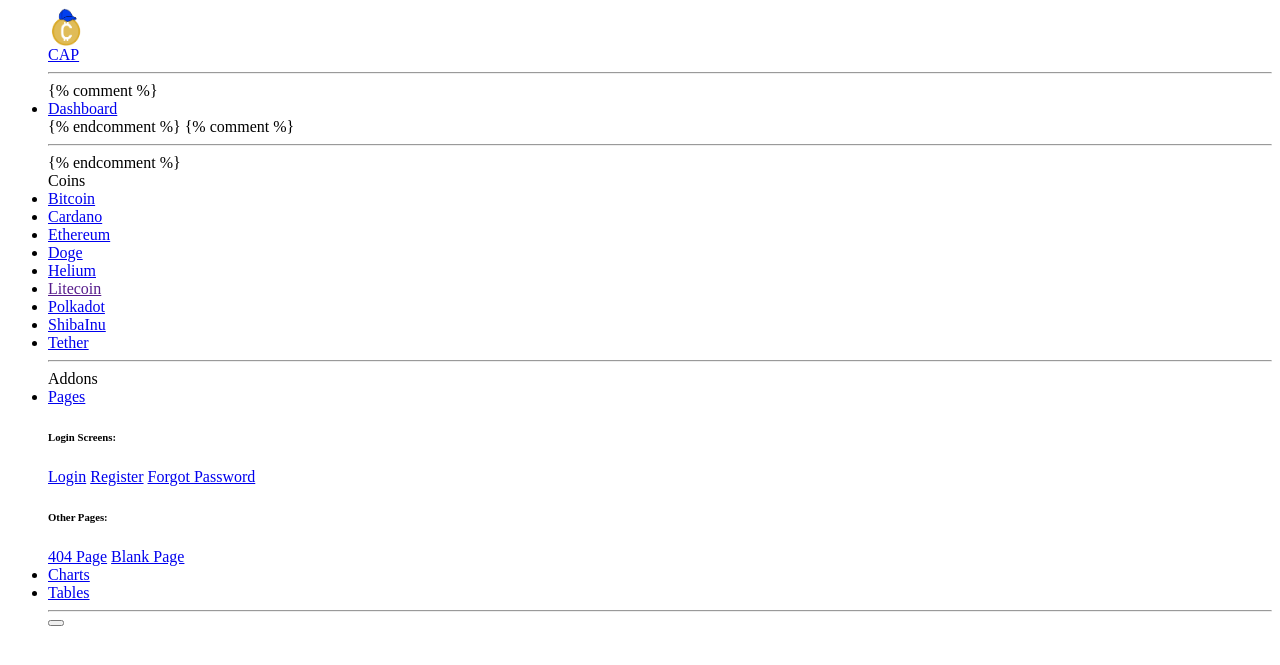
Repository: leerk124/capDemo
Page: templates/partialsEthereum/_sidebar.html
These files come from the project's save history. The page is drawn as it stood at one moment and after the next save; the edit follows.
The browser window is 1280 px wide. The pictures show the whole page.

Above is the page before, as saved 2022-04-01 02:45:59.

After the next save:
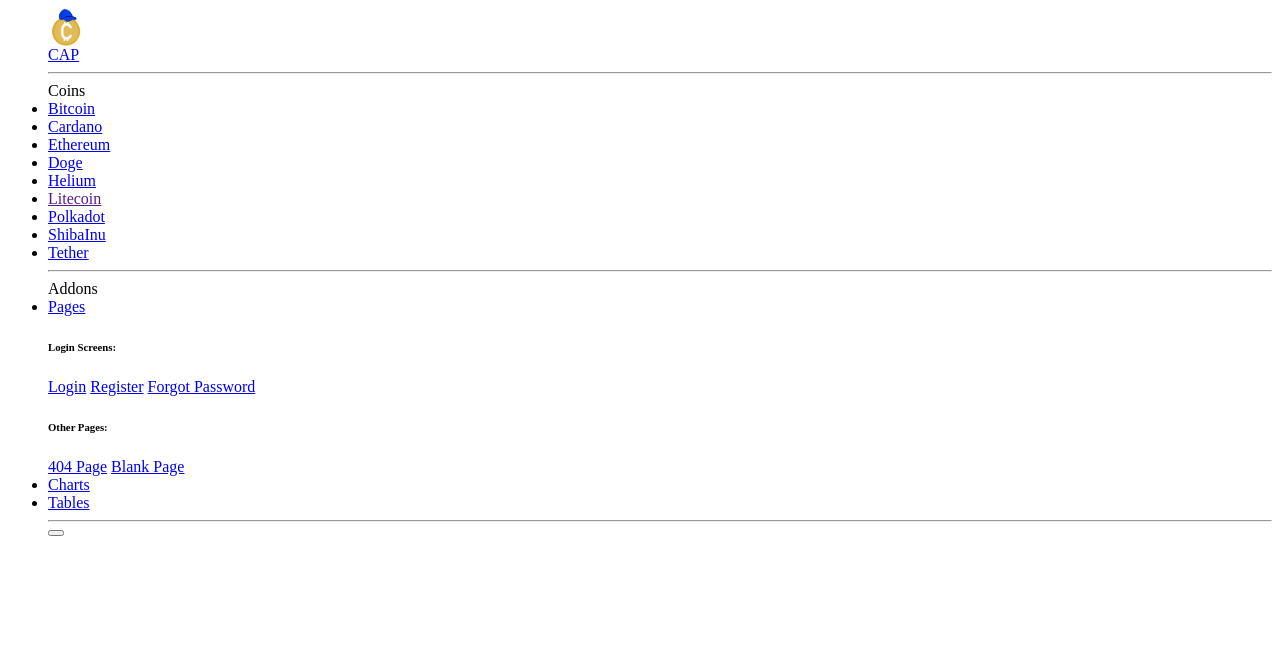
Saved 9 s later.
--- a/templates/partialsEthereum/_sidebar.html
+++ b/templates/partialsEthereum/_sidebar.html
@@ -11,18 +11,8 @@
     <!-- Divider -->
     <hr class="sidebar-divider my-0">
 
-    <!-- Nav Item - Dashboard -->
-    {% comment %} <li class="nav-item active">
-        <a class="nav-link" href="index.html">
-            <i class="fas fa-fw fa-tachometer-alt"></i>
-            <span>Dashboard</span></a>
-    </li> {% endcomment %}
-
-    <!-- Divider -->
-    {% comment %} <hr class="sidebar-divider"> {% endcomment %}
 
     <!-- Heading -->
-
     <div class="sidebar-heading">
         Coins
     </div>
